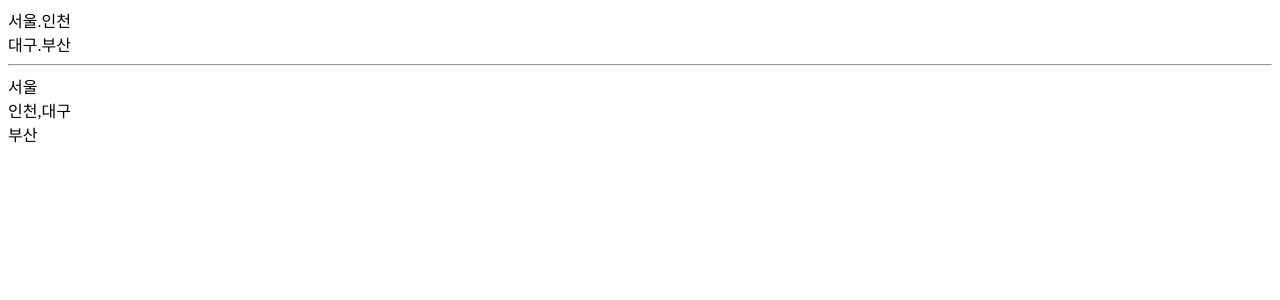
Repository: supremehappy/JSP_test02
Page: http://localhost/07/19_forTokens.jsp
The author's editor kept a copy of each file at every save. The page is drawn from the files as they stood at one save, then again after the next save.
The browser window is 1280 px wide. The pictures show the whole page.
The page is served by Tomcat 9. Other server files are loaded and not shown.

Above is the page before, as saved 2017-07-18 04:40:50.

### 07/WebContent/19_forTokens.jsp
<%@ page language="java" contentType="text/html; charset=UTF-8"
    pageEncoding="UTF-8"%>
<%@taglib uri="http://java.sun.com/jsp/jstl/core" prefix="c" %>
<!DOCTYPE html PUBLIC "-//W3C//DTD HTML 4.01 Transitional//EN" "http://www.w3.org/TR/html4/loose.dtd">
<html>
<head>
<meta http-equiv="Content-Type" content="text/html; charset=UTF-8">
<title>Insert title here</title>
</head>
<body>
<c:forTokens var="city" items="서울.인천,대구.부산" delims=",">
	${city }<br>
</c:forTokens>
<hr>
<c:forTokens var="city" items="서울.인천,대구.부산" delims=".">
	${city }<br>
</c:forTokens>
</body>
</html>

After the next save:
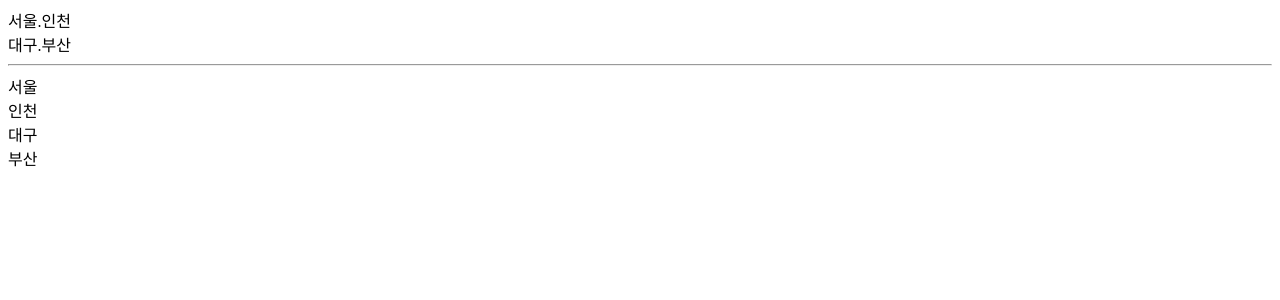
Saved 15 s later.
--- a/07/WebContent/19_forTokens.jsp
+++ b/07/WebContent/19_forTokens.jsp
@@ -12,7 +12,7 @@
 	${city }<br>
 </c:forTokens>
 <hr>
-<c:forTokens var="city" items="서울.인천,대구.부산" delims=".">
+<c:forTokens var="city" items="서울.인천,대구.부산" delims=",.">
 	${city }<br>
 </c:forTokens>
 </body>
